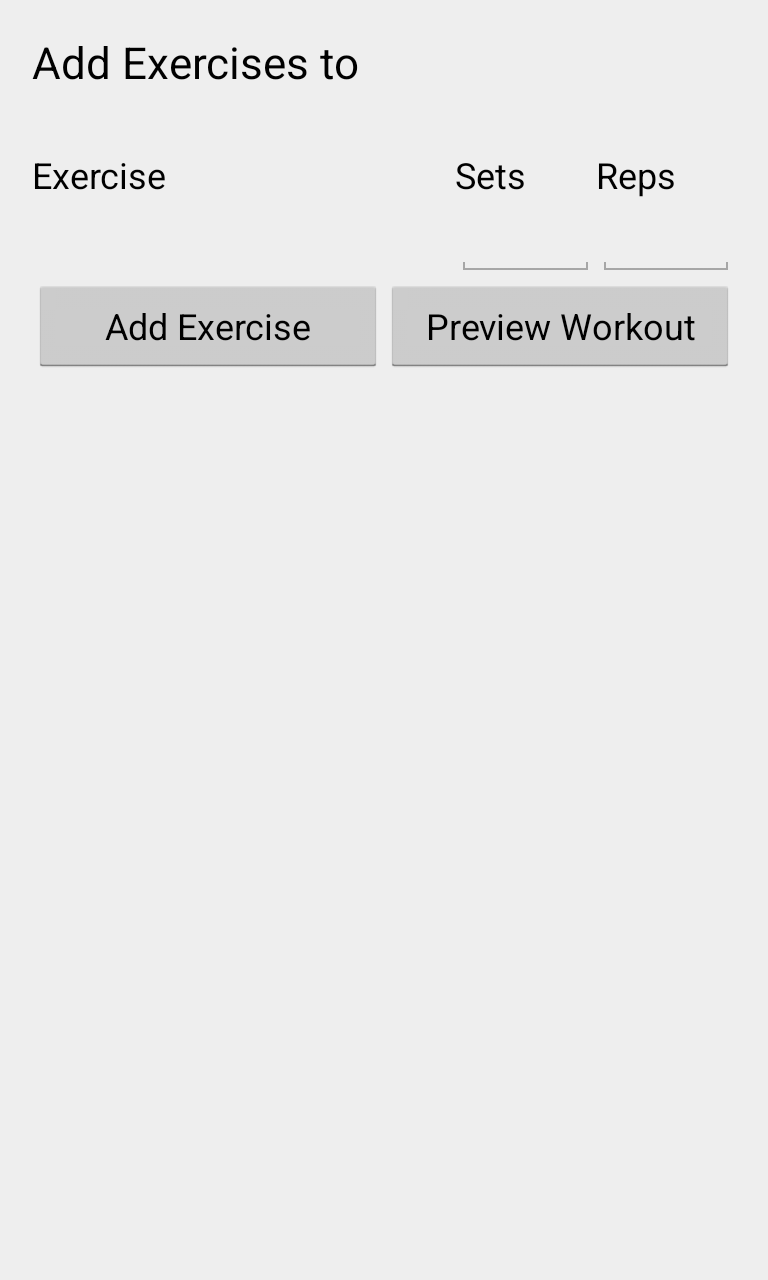
Repository: jmcdon09/EZWorkout
Layout: EzTrain/EzTrain/res/layout/activity_add_exercises.xml
These files come from the project's save history. The layout is drawn as it stood at one moment and after the next save; the edit follows.
It is drawn on a 768 x 1280 px phone screen (xhdpi) without system bars, with theme AppTheme; the app's code is not run. Lists and similar views that code fills are empty.

Above is the layout before, as saved 2014-03-30 14:22:20.

After the next save:
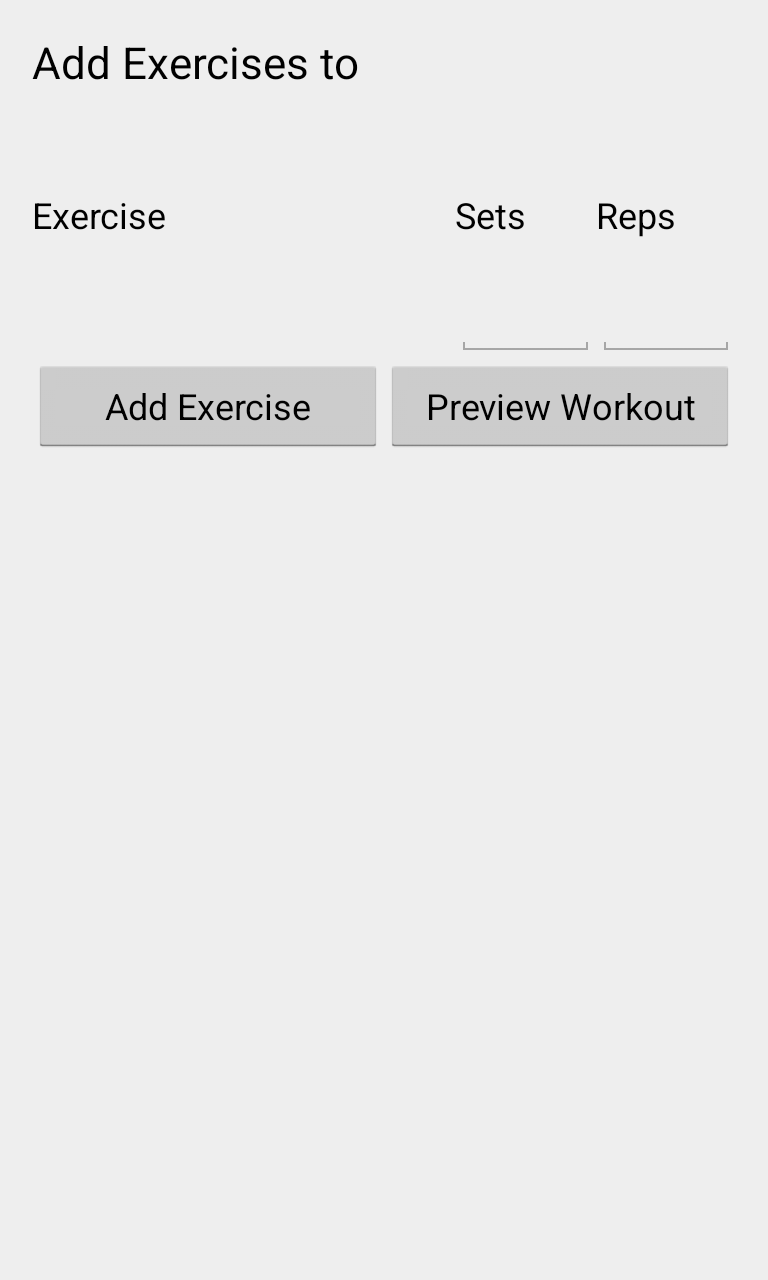
Saved 63 s later.
--- a/EzTrain/EzTrain/res/layout/activity_add_exercises.xml
+++ b/EzTrain/EzTrain/res/layout/activity_add_exercises.xml
@@ -44,7 +44,8 @@
     <LinearLayout
         android:layout_width="match_parent"
         android:layout_height="wrap_content"
-        android:weightSum="100" >
+        android:weightSum="100"
+        android:layout_marginTop="20dp">
 
         <TextView
             android:id="@+id/add_exercise_exercise"
@@ -71,7 +72,7 @@
             android:textAppearance="?android:attr/textAppearanceMedium" />
     </LinearLayout>
 
-    <LinearLayout android:layout_width="match_parent" android:layout_height="wrap_content" android:weightSum="100">
+    <LinearLayout android:layout_width="match_parent" android:layout_height="wrap_content" android:weightSum="100" android:layout_marginTop="20dp">
 
         <TextView android:id="@+id/add_exercise_name"
             android:layout_width="fill_parent"
